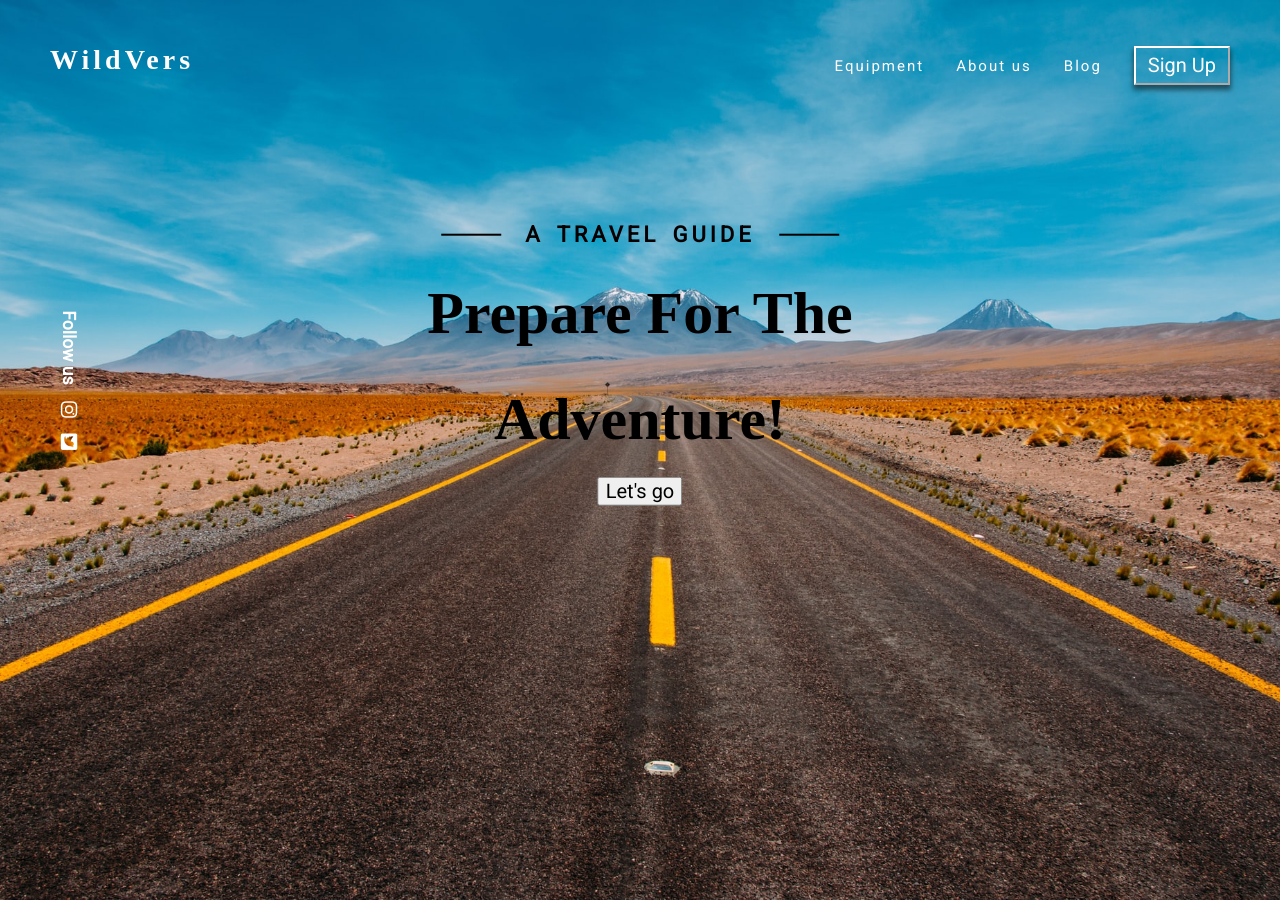
Repository: Hunga9k50doker/wildver-travel
Page: src/index.html
An editor plug-in stored every save of this project. The page is shown before and after a run of saves, followed by the edit.
The browser window is 1280 px wide. The pictures show the whole page.
Some web fonts or font styles are not loaded; a fallback is used. The style sheet was rebuilt from its Sass, Less or Tailwind sources for each picture, by a compiler version that may differ from the author's.

Above is the page before, as saved 2021-08-26 00:26:38.

After the next 4 saves:
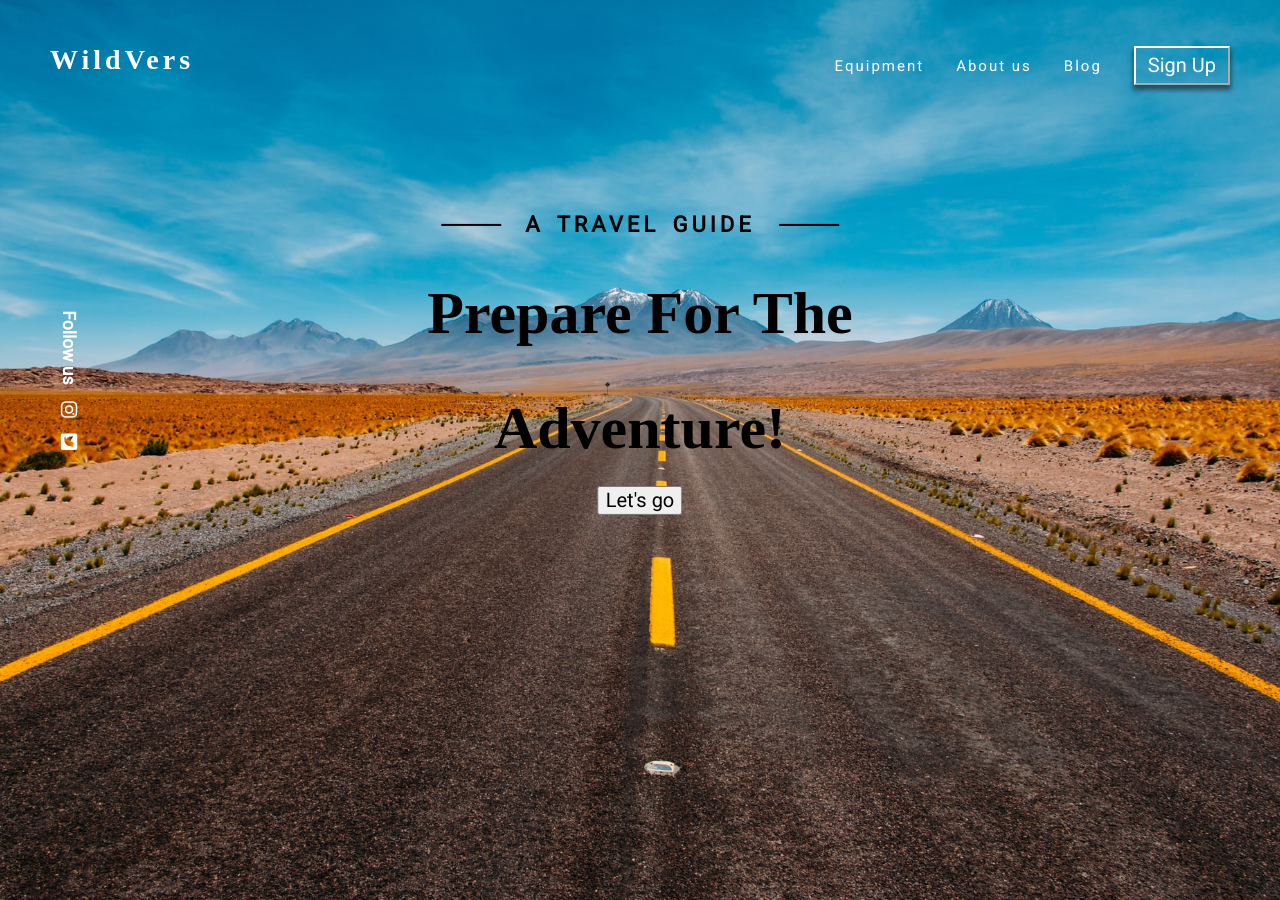
The 4 saves are shown as one change because they came seconds apart.
The last was saved 15 s later.
--- a/src/resources/scss/header.scss
+++ b/src/resources/scss/header.scss
@@ -139,8 +139,9 @@
             }
             h2{
                 font-size:6rem;
-
-                margin-top: 4rem;
+                &:nth-child(1){
+                    margin-top: 4rem;
+                }
             }
         }
     }
